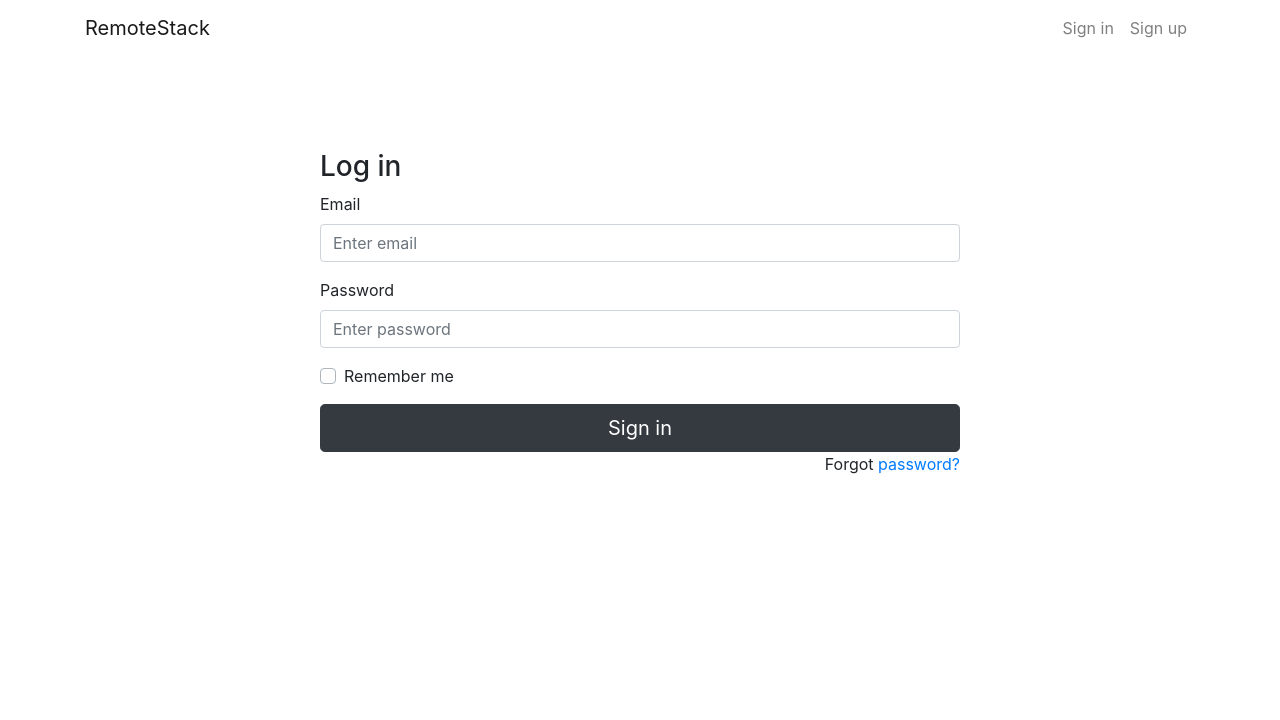
Repository: khanhnguyen1999/Login_SignUp
Page: /
An editor plug-in stored every save of this project. The page is shown before and after the next save, followed by the edit.
The browser window is 1280 px wide. The pictures show the whole page.
The project was rebuilt for these pictures with package versions that can differ from the ones it lists, and the page was loaded fresh each time. Also part of the build but not shown: src/component/SignUp.js.

Above is the page before, as saved 2020-12-05 23:28:29.

### src/index.js
import React from "react";
import ReactDOM from "react-dom";
import { BrowserRouter } from "react-router-dom";
import "./index.css";
import App from "./App";

ReactDOM.render(
    <BrowserRouter>
        <App />
    </BrowserRouter>,
    document.getElementById("root")
);

### src/index.css
body {
  margin: 0;
  font-family: -apple-system, BlinkMacSystemFont, 'Segoe UI', 'Roboto', 'Oxygen',
    'Ubuntu', 'Cantarell', 'Fira Sans', 'Droid Sans', 'Helvetica Neue',
    sans-serif;
  -webkit-font-smoothing: antialiased;
  -moz-osx-font-smoothing: grayscale;
}

code {
  font-family: source-code-pro, Menlo, Monaco, Consolas, 'Courier New',
    monospace;
}

.inner > form
{
  width:50%;
  margin:150px auto
}

### src/App.js
import React from 'react';
import '../node_modules/bootstrap/dist/css/bootstrap.min.css';
import './App.css';
import { BrowserRouter as Router, Switch, Route, Link } from "react-router-dom";

import Login from "./component/Login";
import SignUp from "./component/SignUp";

function App() {
  return (<Router>
    <div className="App">
      <nav className="navbar navbar-expand-lg navbar-light fixed-top">
        <div className="container">
          <Link className="navbar-brand" to={"/sign-in"}>RemoteStack</Link>
          <div className="collapse navbar-collapse" id="navbarTogglerDemo02">
            <ul className="navbar-nav ml-auto">
              <li className="nav-item">
                <Link className="nav-link" to={"/sign-in"}>Sign in</Link>
              </li>
              <li className="nav-item">
                <Link className="nav-link" to={"/sign-up"}>Sign up</Link>
              </li>
            </ul>
          </div>
        </div>
      </nav>

      <div className="outer">
        <div className="inner">
          <Switch>
            <Route exact path='/' component={Login} />
            <Route path="/sign-in" component={Login} />
            <Route path="/sign-up" component={SignUp} />
          </Switch>
        </div>
      </div>
    </div></Router>
  );
}

export default App;

### src/component/Login.js
import React, { Component } from "react";

export default class Login extends Component {
    render() {
        return (
            <form>

                <h3>Log in</h3>

                <div className="form-group">
                    <label>Email</label>
                    <input type="email" className="form-control" placeholder="Enter email" />
                </div>

                <div className="form-group">
                    <label>Password</label>
                    <input type="password" className="form-control" placeholder="Enter password" />
                </div>

                <div className="form-group">
                    <div className="custom-control custom-checkbox">
                        <input type="checkbox" className="custom-control-input" id="customCheck1" />
                        <label className="custom-control-label" htmlFor="customCheck1">Remember me</label>
                    </div>
                </div>

                <button type="submit" className="btn btn-dark btn-lg btn-block">Sign in</button>
                <p className="forgot-password text-right">
                    Forgot <a href="#">password?</a>
                </p>
            </form>
        );
    }
}

### src/App.css
import React, { Component } from "react";

export default class SignUp extends Component {
    render() {
        return (
            <form>
                <h3>Register</h3>

                <div className="form-group">
                    <label>First name</label>
                    <input type="text" className="form-control" placeholder="First name" />
                </div>

                <div className="form-group">
                    <label>Last name</label>
                    <input type="text" className="form-control" placeholder="Last name" />
                </div>

                <div className="form-group">
                    <label>Email</label>
                    <input type="email" className="form-control" placeholder="Enter email" />
                </div>

                <div className="form-group">
                    <label>Password</label>
                    <input type="password" className="form-control" placeholder="Enter password" />
                </div>

                <button type="submit" className="btn btn-dark btn-lg btn-block">Register</button>
                <p className="forgot-password text-right">
                    Already registered <a href="#">log in?</a>
                </p>
            </form>
        );
    }
}

Loaded but not shown: public/index.html (common file)

After the next save:
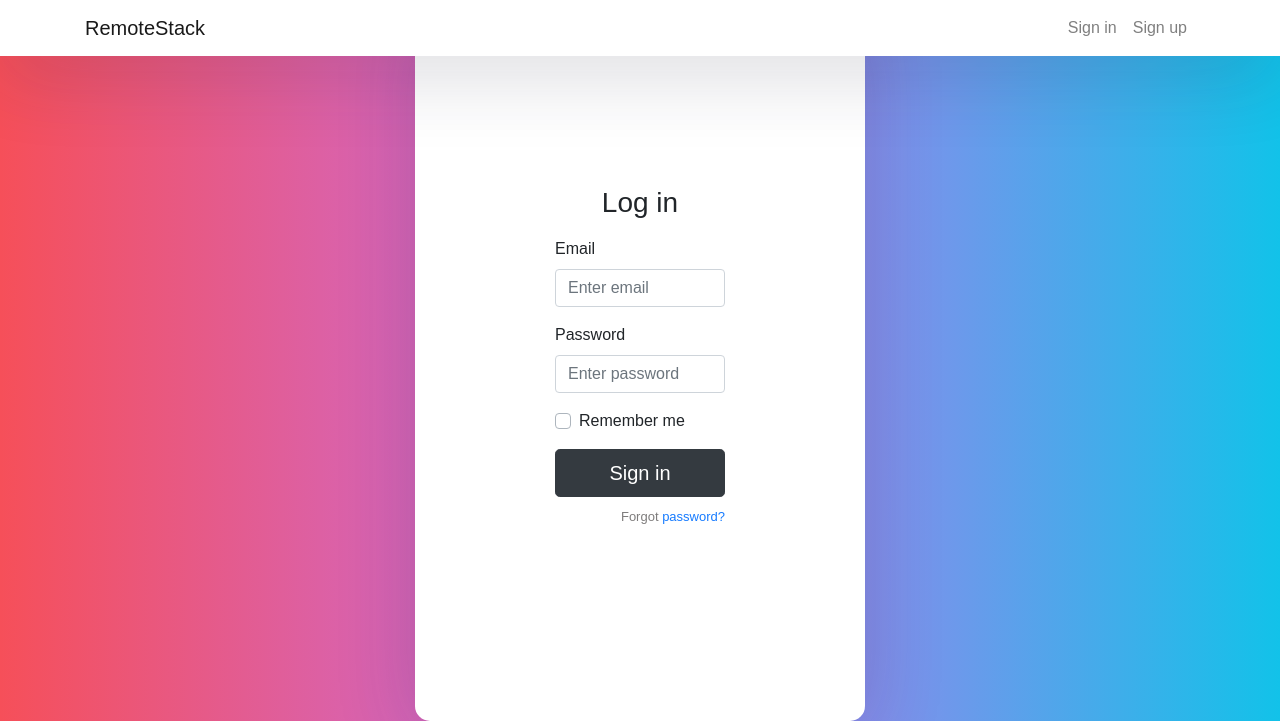
Saved 19 s later.
--- a/src/App.css
+++ b/src/App.css
@@ -1,36 +1,70 @@
-import React, { Component } from "react";
+* {
+  box-sizing: border-box;
+}
 
-export default class SignUp extends Component {
-    render() {
-        return (
-            <form>
-                <h3>Register</h3>
+body {
+  min-height: 100vh;
+  display: flex;
+  font-weight: 400;
+  font-family: sans-serif;
+  background: #12c2e9;  /* fallback for old browsers */
+  background: -webkit-linear-gradient(to right, #f64f59, #c471ed, #12c2e9);  /* Chrome 10-25, Safari 5.1-6 */
+  background: linear-gradient(to right, #f64f59, #c471ed, #12c2e9); /* W3C, IE 10+/ Edge, Firefox 16+, Chrome 26+, Opera 12+, Safari 7+ */
 
-                <div className="form-group">
-                    <label>First name</label>
-                    <input type="text" className="form-control" placeholder="First name" />
-                </div>
+}
 
-                <div className="form-group">
-                    <label>Last name</label>
-                    <input type="text" className="form-control" placeholder="Last name" />
-                </div>
+body, html, .App, #root, .outer {
+  width: 100%;
+  height: 100%;
+}
 
-                <div className="form-group">
-                    <label>Email</label>
-                    <input type="email" className="form-control" placeholder="Enter email" />
-                </div>
+.navbar-light {
+  background-color: #ffffff;
+  box-shadow: 0px 14px 80px rgba(34, 35, 58, 0.2);
+}
 
-                <div className="form-group">
-                    <label>Password</label>
-                    <input type="password" className="form-control" placeholder="Enter password" />
-                </div>
+.outer {
+  display: flex;
+  justify-content: center;
+  flex-direction: column;
+  text-align: left;
+}
 
-                <button type="submit" className="btn btn-dark btn-lg btn-block">Register</button>
-                <p className="forgot-password text-right">
-                    Already registered <a href="#">log in?</a>
-                </p>
-            </form>
-        );
-    }
+.inner {
+  width: 450px;
+  margin: auto;
+  background: #ffffff;
+  box-shadow: 0px 14px 80px rgba(34, 35, 58, 0.2);
+  padding: 40px 55px 45px 55px;
+  border-radius: 15px;
+  transition: all .3s;
 }
+
+.outer .form-control:focus {
+  border-color: #167bff;
+  box-shadow: none;
+}
+
+.outer h3 {
+  text-align: center;
+  margin: 0;
+  line-height: 1;
+  padding-bottom: 20px;
+}
+
+.custom-control-label {
+  font-weight: 400;
+}
+
+.forgot-password,
+.forgot-password a {
+  text-align: right;
+  font-size: 13px;
+  padding-top: 10px;
+  color: #7f7d7d;
+  margin: 0;
+}
+
+.forgot-password a {
+  color: #167bff;
+}
